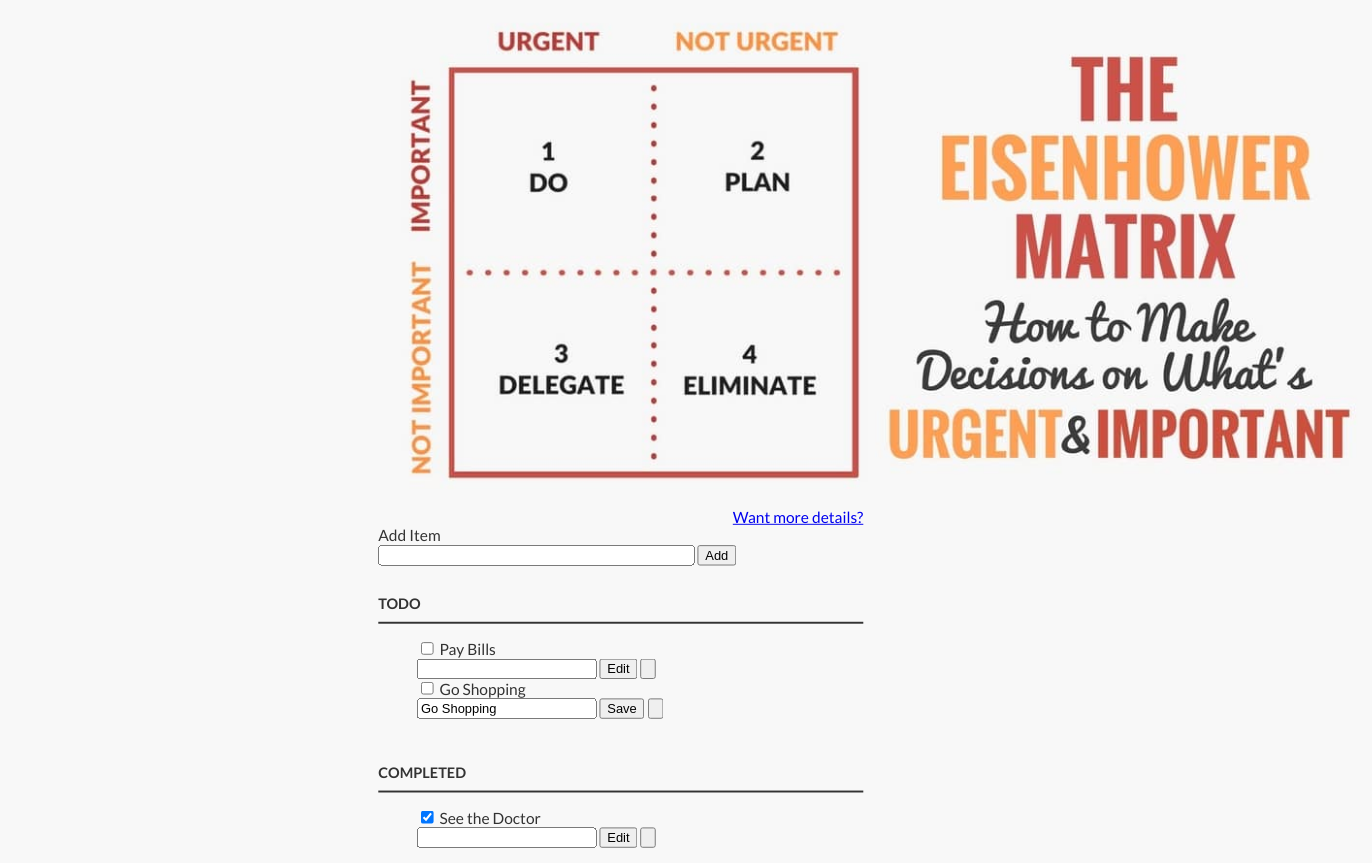
Repository: dev1siWoo/clean-code-s1e1
Page: index.html
The author's editor kept a copy of each file at every save. The page is drawn from the files as they stood at one save, then again after a run of saves.
The browser window is 1280 px wide. The page is 1414 px wide, so the pictures cover 1414 px, including what lies to the right of the window. The pictures show the whole page, at 97% of full size.

Above is the page before, as saved 2024-01-08 23:24:03.
Console error: TypeError: Cannot set properties of null (setting 'onclick')

After the next 4 saves:
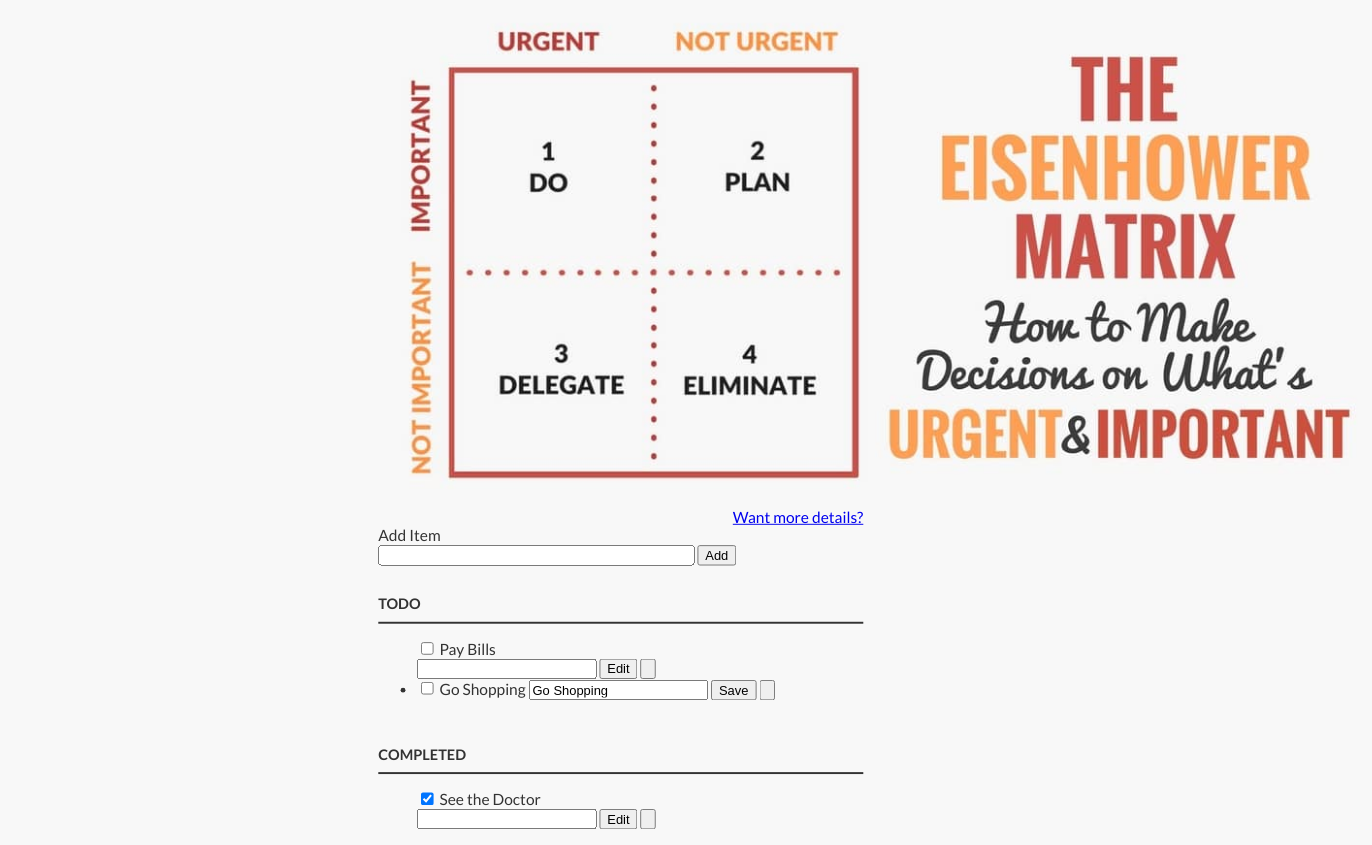
The 4 saves are shown as one change because they came seconds apart.
The last was saved 26 s later.
--- a/index.html
+++ b/index.html
@@ -37,10 +37,10 @@
                         <img class="button_img" src="./remove.svg" alt="delete button">
                     </button>
                 </li>
-                <li class="task task_edit">
-                    <input class="task_mark" type="checkbox">
-                    <label class="task_title">Go Shopping</label>
-                    <input type="text" value="Go Shopping" class="task_input task_input_edit">
+                <li class="edit">
+                    <input class="mark" type="checkbox">
+                    <label class="title">Go Shopping</label>
+                    <input type="text" value="Go Shopping" class="input_edit">
                     <button class="task_button task_button_edit">Save</button>
                     <button class="task_button task_button_delete">
                         <img class="button_img" src="./remove.svg" alt="delete button">
